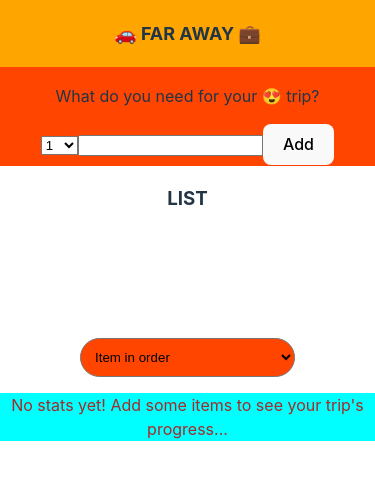
Repository: Celebration-cloud/Trip-Add-To-List
Page: /
The author's editor kept a copy of each file at every save. The page is drawn from the files as they stood at one save, then again after the next save.
The browser window is 375 px wide. The pictures show the whole page.
The project was rebuilt for these pictures with package versions that can differ from the ones it lists, and the page was loaded fresh each time. Also part of the build but not shown: vite.config.js.

Above is the page before, as saved 2023-10-29 17:14:08.

### src/App.jsx
import './App.css'
import TripList from './Trip-List/TripList'

function App() {

  return (
    <>
    <TripList/>
    </>
  )
}

export default App

### src/App.css
#root {
  margin: 0;
  padding: 0;
  text-align: center;
}

.logo {
  height: 6em;
  padding: 1.5em;
  will-change: filter;
  transition: filter 300ms;
}
.logo:hover {
  filter: drop-shadow(0 0 2em #646cffaa);
}
.logo.react:hover {
  filter: drop-shadow(0 0 2em #61dafbaa);
}

@keyframes logo-spin {
  from {
    transform: rotate(0deg);
  }
  to {
    transform: rotate(360deg);
  }
}

@media (prefers-reduced-motion: no-preference) {
  a:nth-of-type(2) .logo {
    animation: logo-spin infinite 20s linear;
  }
}

.card {
  padding: 2em;
}

.read-the-docs {
  color: #888;
}

### src/Trip-List/TripList.jsx
/* eslint-disable react/no-unescaped-entities */
/* eslint-disable react/prop-types */
import { useState } from "react";
import './TripList.css'
function TripList() {
  const [addItem, setAddItem] = useState([]);

  const handleAddItem = (item) => {
    setAddItem((items) => [...items, item]);
  };
  const handleRemoveItem = (id) =>{
    setAddItem(items => items.filter(p => p.id !== id))
  }
  const handleChecked = (id) => {
    setAddItem(items => items.map(item => item.id === id ? {...item, packed: !item.packed} : item));
  };
  return (
    <div>
      <TripHead/>
      <TripForm handleAddItem={handleAddItem}/>
      <TripListForm addItem={addItem} remove={handleRemoveItem} check={handleChecked}/>
      <TripStats stats={addItem}/>
    </div>
  )
}

export default TripList

function TripHead() {
  return (
    <div style={{backgroundColor: "orange", padding: "5px"}}>
      <h2 className="title">🚗 FAR AWAY 💼</h2>
    </div>
  )
}

function TripForm({handleAddItem}) {
  const [item, setItem] = useState({description: "", quantity: 1})

  const handleSubmit = (e) =>{
    e.preventDefault();
    if (!item.description) return;

    const newItem = {
      des: item.description,
      amount: item.quantity,
      packed: false,
      id: Date.now(),
    };

    handleAddItem(newItem);
    setItem({ description: "", quantity: 1 });
  }
  const handleInput = (e) =>{
    setItem(prev => ({...prev, description: e.target.value}))
  }
  const handleOption = (e) =>{
    setItem(prevState => ({...prevState,quantity: Number(e.target.value)}))
  }
  return (
    <div style={{ backgroundColor: "orangered", padding: "1px" }}>
      <form onSubmit={handleSubmit}>
        <span>
          <p>What do you need for your 😍 trip?</p>
          <select onChange={handleOption} value={item.quantity}>
            {Array.from({ length: 10 }, (_, i) => i + 1).map((num) => (
              <option value={num} key={num}>
                {num}
              </option>
            ))}
          </select>
          <input onChange={handleInput} value={item.description}></input>
          <button type="submit">Add</button>
        </span>
      </form>
    </div>
  );
}

function TripListForm({addItem, remove, check}) {
  const [sort, setSort] = useState("input")
  const sortingBy = (e) => {
    setSort(e.target.value);
  };
  let sorting;
  if (sort === "input") sorting = addItem;
  if (sort === "checked")
    sorting = addItem.slice().sort((a, b) => a.des.localeCompare(b.des));
  if (sort === "order")
    sorting = addItem
      .slice()
      .sort((a, b) => Number(a.packed) - Number(b.packed));

  return (
    <>
      <h3>LIST</h3>
      <ul style={{ listStyleType: "none" }}>
        <li style={{display: 'flex', flexWrap: "wrap"}}>
          {sorting?.map((item) => (
            <>
              <input
                type="checkbox"
                value={item.packed}
                onChange={() => check(item.id)}
              />
              <span
                key={item.id}
                style={item.packed ? { textDecoration: "line-through" } : {}}
              >
                {item.amount}-{item.des}
              </span>
              <button onClick={() => remove(item.id)}>
                🚩
              </button>
            </>
          ))}
        </li>
      </ul>
      <div>
        <select onChange={sortingBy} value={sort} style={{padding: "10px 100px 10px 10px", marginTop: "90px", backgroundColor: "orangered", borderRadius: "20px"}}>
          <option value="input" style={{marginRight: "5px", backgroundColor: "brown" }}>Item in order</option>
          <option value="checked" style={{marginRight: "5px"}}>Checked Item</option>
          <option value="order" style={{marginRight: "5px"}}>Split Item</option>
        </select>
      </div>
    </>
  );
}

function TripStats({stats}) {
  if(!stats.length)
  return (
    <footer className="static">
      <p>No stats yet! Add some items to see your trip's progress...</p>
    </footer>
  );
  const total = stats.length
  const packed= stats.filter(items => items.packed).length
  const percent = Math.round((packed / total) * 100)
  return (
    <>
      {percent === 100 ? (
        <footer className="static">
          <p>You have Completed the List✈</p>
        </footer>
      ) : (
        <footer className="static">
          <p>
            You have {total} items on your list, and already packed {packed} (
            {percent}%)
          </p>
        </footer>
      )}
    </>
  );
}

### src/Trip-List/TripList.css
/* backgroundColor: "aqua",
            color: "brown",
            bottom: "0%",
            height: "30px",
            width: "100%", */
.static{
    position: absolute;
    background-color: aqua;
    color: brown;
    bottom: 0px;
    width: 100%;
}
.title{
    font-family: inherit;
    font-size: 20px;
}
@media (max-width: 480px) {
    .static{
    position: relative;
    background-color: aqua;
    color: brown;
    bottom: 0px;
    margin-bottom: auto;
    width: 100%;
}
.title{
    font-family: inherit;
    font-size: large;
}
}

Loaded but not shown: index.html (common file); src/main.jsx (common file); src/index.css (common file)

After the next save:
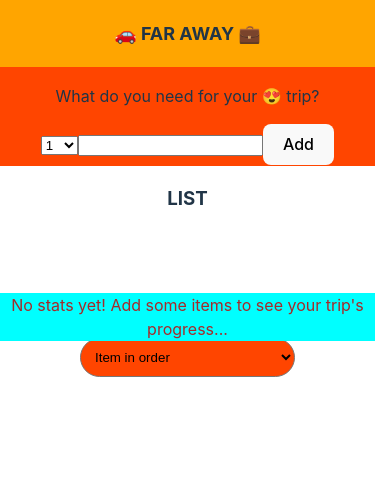
Saved 68 s later.
--- a/src/Trip-List/TripList.css
+++ b/src/Trip-List/TripList.css
@@ -19,7 +19,7 @@
     position: relative;
     background-color: aqua;
     color: brown;
-    bottom: 0px;
+    bottom: 100px;
     margin-bottom: auto;
     width: 100%;
 }
